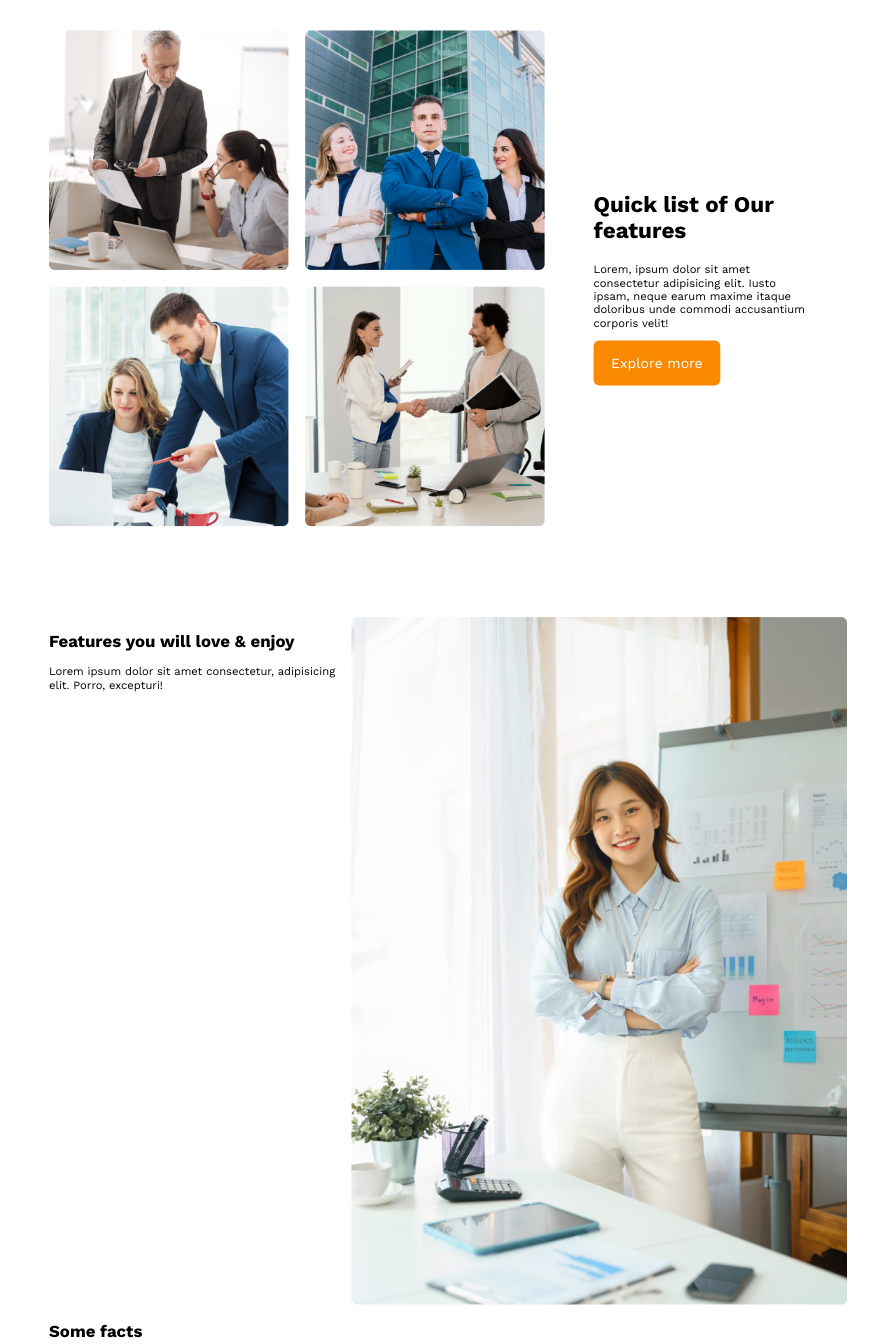
Repository: RudrasahaDibos/architects-resources
Page: index.html
An editor plug-in stored every save of this project. The page is shown before and after the next save, followed by the edit.
The browser window is 1280 px wide. The pictures show the part of the page from y = 1081 to 3001 px (the page is 3611 px tall), at 70% of full size.

Above is the page before, as saved 2024-10-07 21:54:37.

### index.html
<!DOCTYPE html>
<html lang="en">
<head>
    <meta charset="UTF-8">
    <meta name="viewport" content="width=device-width, initial-scale=1.0">
    <link rel="stylesheet" href="index.css">
    <title>Responsive web side</title>
</head>
<body>
       <header>
              <nav>
                <h3 class="nav-title">G3-Architects</h3>
              <ul>
                 <li><a href="">Home</a></li>
                 <li><a href="">About</a></li>
                 <li><a href="">Contact us</a></li>
                 <li><a href="">Login</a></li>
              </ul>
              </nav>
             <div class="banner">
                <div class="banner-content">
                     <h1 class="banner-title">Brand New Group of Architects</h1>
                     <p class="banner-discription">Lorem ipsum dolor sit amet consectetur adipisicing elit. Eos earum consequuntur alias suscipit autem ipsam nobis nesciunt repellat doloremque recusandae.</p>
                     <button class="btn-banner">Explore more</button>
                </div>
                 <img src="images/banner.png" alt="">
             </div>

       </header>
       <main>
                <section class="team-container">
                        <div class="team-container-img">
                            <img src="images/team1.png" alt="">
                            <img src="images/team2.png" alt="">
                            <img src="images/team3.png" alt="">
                            <img src="images/team4.png" alt="">
                        </div>
                        <div class="team-content">
                             <h1 class="team-title">Quick list of Our features</h1>
                             <p class="team-discription">Lorem, ipsum dolor sit amet consectetur adipisicing elit. Iusto ipsam, neque earum maxime itaque doloribus unde commodi accusantium corporis velit!</p>
                             <button class="btn-banner">Explore more</button>
                            </div>

                </section >

                 <section class="features-container">
                           <!-- features -->
                <div class="features-content">
                  <h1 class="features-title">Features you will love & enjoy</h1>
                  <p class="features-discription">Lorem ipsum dolor sit amet consectetur, adipisicing elit. Porro, excepturi!</p>

              </div>
              <div>
                   <img src="images/architect.png" alt="">
              </div>
                 </section>
                 <!-- some -->
                  <section class="some-container">
                         <h1 class="some-title">Some facts</h1>
                    <p class="some-discription">Lorem, ipsum dolor sit amet consectetur
                      adipisicing elit. Magnam, distinctio.</p>
                   <div class="fact-card-container">
                          <div class="card">
                            <img src="/images/icons/customers.png" alt="">
                            <h2 class="card-start">54</h2>
                            <p class="card-title">Awards Winnings</p>
                          </div>
                          <div class="card">
                            <img src="/images/icons/email.png" alt="">
                            <h2 class="card-start">342</h2>
                            <p class="card-title">Project Finished</p>
                          </div>
                          <div class="card">
                            <img src="/images/icons/projects.png" alt="">
                            <h2 class="card-start">67</h2>
                            <p class="card-title">Clients Worked</p>
                          </div>
                          <div class="card">
                            <img src="/images/icons/ribon.png" alt="">
                            <h2 class="card-start">5734</h2>
                            <p class="card-title">Email Send</p>
                          </div>
                  </div>
                  </section>
                 <!-- Sponsors -->
                  <section class="sponsors-container">

                    <div class="sponsors-title-discription">
                      <h1 class="sponsors-title">Our Sponspors</h1>
                     <p class="sponsors-discription">There are many variations of passages of Lorem Ipsum available, but the majority have suffered alteration.</p>
                    </div>
                      <div class="sponsors-img">
                        <img src="images/sponsors/spotify.png" alt="">
                          <img src="images/sponsors/amazon.png" alt="">
                          <img src="images/sponsors/google.png" alt="">
                          <img src="images/sponsors/telerama.png" alt="">
                          <img src="images/sponsors/figma.png" alt="">
                      </div>
                  </section>

       </main>
       <footer>

       </footer>
</body>
</html>

### index.css
@import url('https://fonts.googleapis.com/css2?family=Work+Sans:ital,wght@0,100..900;1,100..900&display=swap');
/* shared section
 */
*{
    font-family: "Lato", sans-serif;
    font-family: "Open Sans", sans-serif;
    font-family: "Work sans", sans-serif;


}
.btn-banner{
    background-color: rgb(248, 137, 0);
    border-radius: 8px;
    font-size: 20px;
    padding: 20px 25px;
    color: #fff;
    border: 0;

}

/* header section */
header{
    background-color: rgba(255,144,14,0.10);
    padding: 50px 240px;

}
.nav-title{
    font-size: 2.8rem;
    font-weight: 700px;
}
nav{
    display: flex;
    justify-content: space-between;
    align-items: center;
}
nav >ul{
    display: flex;
}
nav li{
    list-style: none;
    margin-right: 30px;
    font-weight: 500px;
    font-size: 1rem;
}
 nav li a{
    text-decoration: none;
    color: #424242;
 }

 /* banner style */

 .banner-content{
    max-width: 800px;
    text-align: center;
    margin: 0 auto;
 }
 .banner-title{
    font-size: 4rem;
    font-weight: 700;
    color: #141414;
 }
 .banner-discription{
    color: #141414;
 }
 .banner img{
    margin-top: 4rem;
    width: 100%;
 }






 /* main  */

 main{
    max-width: 1140px;
    margin: 70px auto;
 }
 .team-container{
    display: flex;
    align-items: center;
 }
 .team-container-img{
    display: grid;
    grid-template-columns: repeat(2,1fr);
    gap: 1.5rem;
 }
 .team-content{
    margin-right: 60px  ;
    margin-left: 70px;
 }
 .team-title{
    font-size: 2.0rem;
 }
 /* features */
.features-container{
    margin-top: 130px;
    display: flex;

}
 /* some */
 .fact-card-container{
    display: flex;
    justify-content: space-around;
    gap: 20px;
 }
 .fact-card-container .card{
      border-radius: 8px;
      border: 1px solid red;
      text-align: center;
      padding: 30px;

 }
 .fact-card-container .card-title{
 font-weight: 600;
 font-size: 1.25rem;
 margin-top: 5px;
 }
.fact-card-container .card-start{
    font-size: 2.8rem;
    margin-top: 20px;
    margin-bottom: 10px;
}
/* sponsors */
.sponsors-title-discription{
    padding-top: 50px;
    max-width: 500px;
    margin: 0 auto;
    text-align: center;
}
.sponsors-img{
    margin-top: 40px;
    display: flex;
    justify-content:space-evenly;
    gap: 30px;
}
.sponsors-img img{
    width: 165px;
}

 /* media Quary */
 @media screen and (max-width: 576px) {
    header{
        padding: 20px;
    }
    nav, .team-container,.fact-card-container,.sponsors-img {
        flex-direction: column;
    }
    .team-container-img{
        grid-template-columns: repeat(1,1fr);
    }

    .sponsors-img img{
        margin-left: 160px;
    }

 }

 @media screen and (min-width: 576px) and (max-width: 960px) {
    header{
        padding: 50px;
    }
    nav,.team-container,.fact-card-container,.sponsors-img {
        flex-direction: column;
    }
    .team-container-img{
        grid-template-columns: repeat(1,1fr);
    }
    .team-content{
        margin-right: 50px;
        margin-left: 100px;
    }
    .sponsors-img img{
        margin-left: 280px;
    }


 }

After the next save:
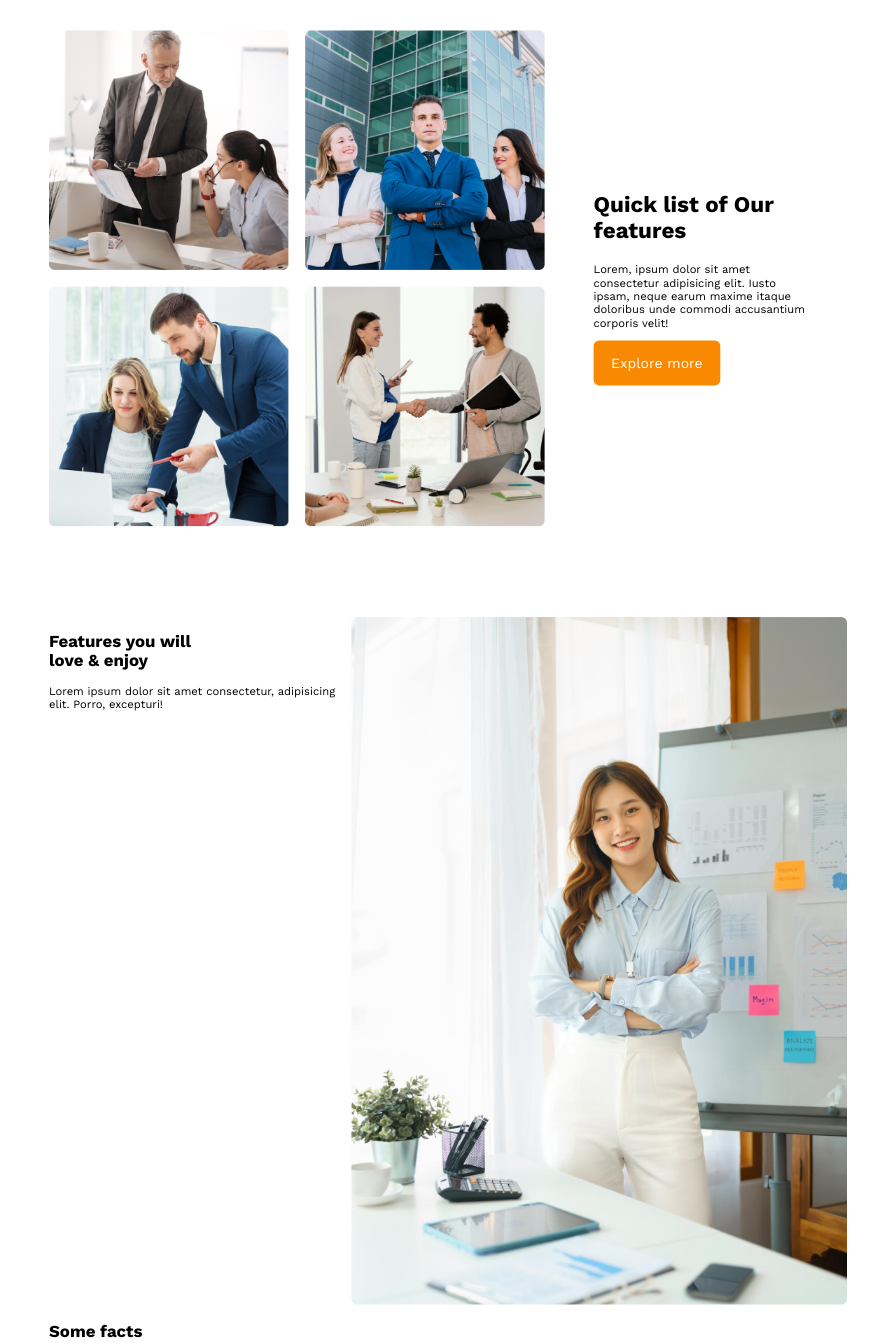
Saved 31 s later.
--- a/index.html
+++ b/index.html
@@ -46,7 +46,7 @@
                  <section class="features-container">
                            <!-- features -->
                 <div class="features-content">
-                  <h1 class="features-title">Features you will love & enjoy</h1>
+                  <h1 class="features-title">Features you will <br> love & enjoy</h1>
                   <p class="features-discription">Lorem ipsum dolor sit amet consectetur, adipisicing elit. Porro, excepturi!</p>
 
               </div>
